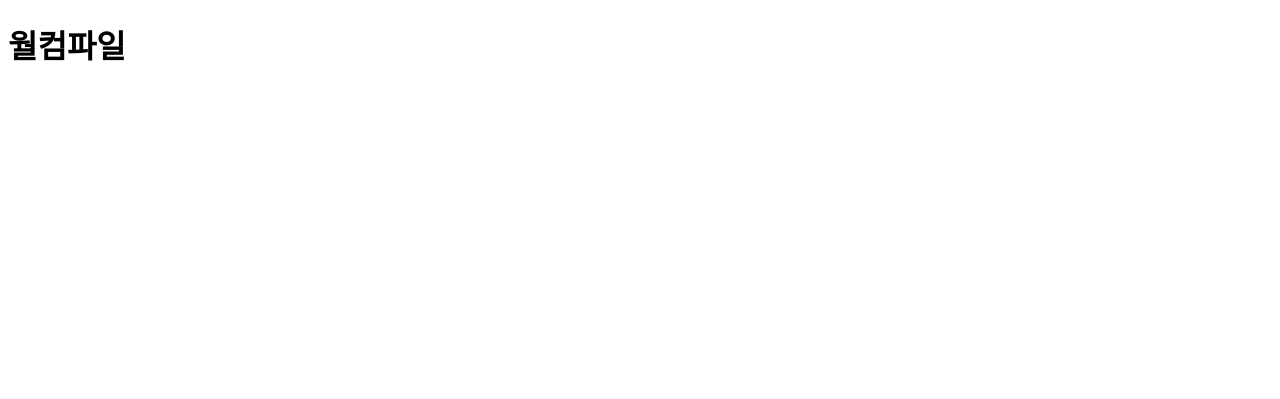
Repository: ham-zi/front-practice
Page: dynamic-workspace/MyFirstWebProject/src/main/webapp/index.html
An editor plug-in stored every save of this project. The page is shown before and after the next save, followed by the edit.
The browser window is 1280 px wide. The pictures show the whole page.

Above is the page before, as saved 2026-05-04 03:27:56.

### dynamic-workspace/MyFirstWebProject/src/main/webapp/index.html
<!DOCTYPE html>
<html>
<head>
<meta charset="UTF-8">
<title>HTML!</title>
</head>
<body>

	<h1>월컴파일</h1>

	<!--
	1) 새 워크스페이스 생성 후 이클립스로 열기

	2) 작업 환경 구성
		1. 보여질 화면 요소를 구성

		2. 서버 실행 환경 구성 [window - preferences - (Server - Runtime Environments)]
		   이클립스 상에서 서버를 실행할 수 있도록 실행 환경을 연동하는 과정
		   Add 버튼 클릯 -> 설치한 ApacheTomcat과 동일한 버전을 선택 -> next버튼
		   -> Browse버튼 클릭 -> 설치한 톰켓 폴더(bin폴더가 보여야함) -> finish버튼 클릭

	3-1) 서버 생성하기(Servers)
		1. [Server] - [new] - [server]

		2. [2-2작업을 했다면 기본적으로 Runtime이 잡혀있음]

		3. finish버튼 클릭

	3-2) 서버 세팅하기(만들어진 서버를 더블 클릭)
		1. 왼쪽하단에 ServerOptions탭이 있음 -> Serve Module Publishing 체크박스를 체크
		-> 체크를 안하면 file upload / download 경로 지정이 운영체제 상 숨김폴더로 지정

		2. 포트번호 충동을 방지하기 위해서 포트번호 재설정 -> 작업이 끝나면 반드시 저장해야한다.


	4) Dynamic Web Project만들기 [Project Explorer - new]
		1. 프로젝트명 작성하기 -> Next 버튼

		2. defalut output folder 경로 재설정 :
			src/main/webapp/WEB-INF/classes -> next버튼
		=> classes : 폴더 안에 컴파일이 끝난 .class파일이 들어감 -> bin폴더의 대체
		=> 왜 이 경로가 아니면 안될까? webapp 밑에 파일들은 접근이 가능하지만
		=> 예외로 WEB-INF 밑에는 접근이 불가능함 (보안)

		3. context root : 애플리케이션만의 고유한 별칭으로 만들어줌(기본값 : 프로젝트 명)
		재정의해서 쓰는것이 일반적임, 실제로 매우 자주 바뀜
		=> 하나의 서버로 여러 개의 애플리케이션을 구동할 수 있다.
		고유한 이름을 통해 애플리케이션에 요청을 보내는 경로로 사용할 수 있다.

		content Directory : 실제 배포되는 폴더의 최상위 폴더 => 변경X

		Generate Web.xml deployment descriptor : 기본적으로 체크x
		-> 현재 애플리케이션의 정보를 담는 파일 => 나는 죽었다 깨어나도 바꿀 일 없다 => 안만들어도 무방
		Finish 버튼 클릭

	-->


</body>
</html>

After the next save:
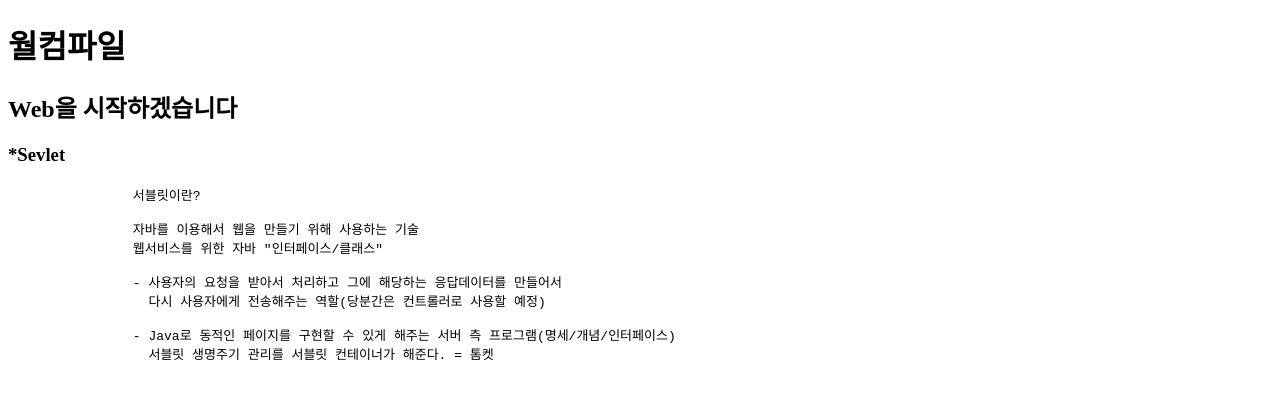
Saved 2 s later.
--- a/dynamic-workspace/MyFirstWebProject/src/main/webapp/index.html
+++ b/dynamic-workspace/MyFirstWebProject/src/main/webapp/index.html
@@ -55,6 +55,26 @@
 
 	-->
 
+	<h2> Web을 시작하겠습니다</h2>
+
+	<h3>*Sevlet</h3>
+
+	<pre>
+		서블릿이란?
+
+		자바를 이용해서 웹을 만들기 위해 사용하는 기술
+		웹서비스를 위한 자바 "인터페이스/클래스"
+
+		- 사용자의 요청을 받아서 처리하고 그에 해당하는 응답데이터를 만들어서
+		  다시 사용자에게 전송해주는 역할(당분간은 컨트롤러로 사용할 예정)
+
+		- Java로 동적인 페이지를 구현할 수 있게 해주는 서버 측 프로그램(명세/개념/인터페이스)
+		  서블릿 생명주기 관리를 서블릿 컨테이너가 해준다. = 톰켓
+
+
+	</pre>
+
+
 
 </body>
 </html>
